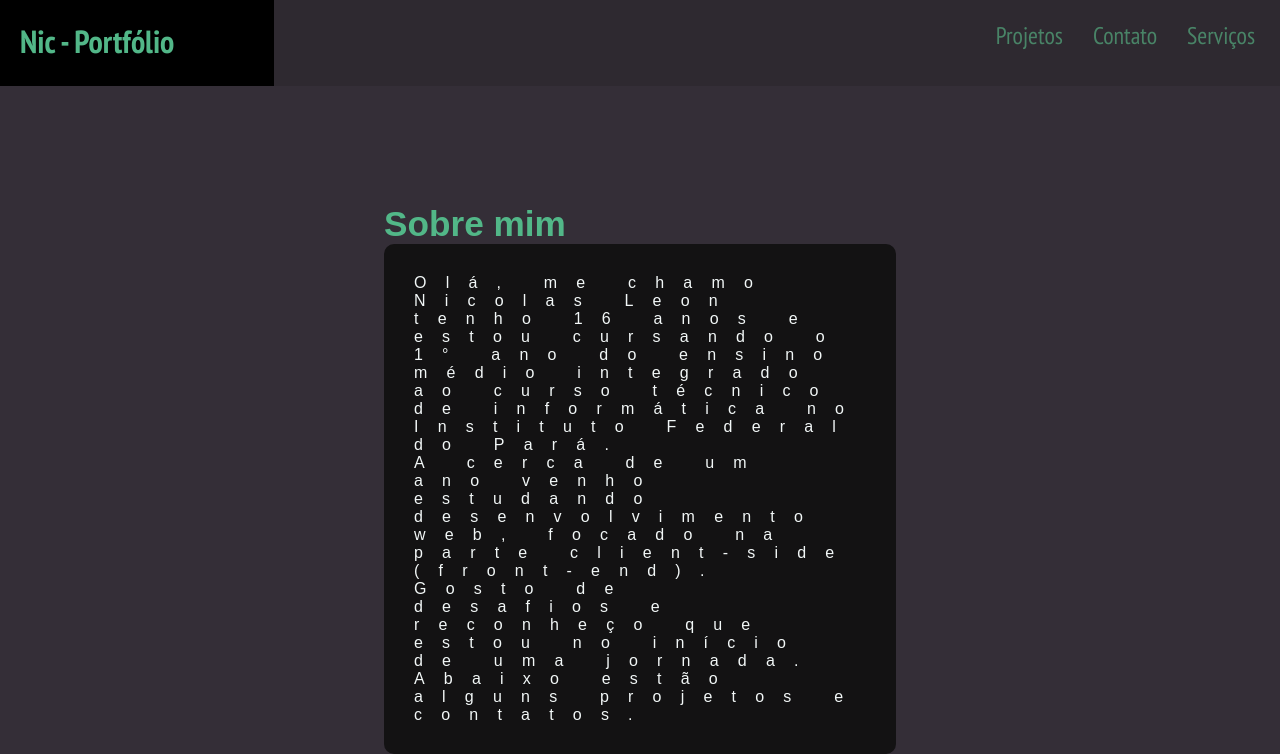
Repository: Leonngc/portfolio
Page: index.html
The author's editor kept a copy of each file at every save. The page is drawn from the files as they stood at one save, then again after the next save.
The browser window is 1280 px wide. The pictures show the whole page.

Above is the page before, as saved 2022-12-02 10:51:30.

### index.html
<!DOCTYPE html>
<html lang="en">

<head>
    <meta charset="UTF-8">
    <meta http-equiv="X-UA-Compatible" content="IE=edge">
    <meta name="viewport" content="width=device-width, initial-scale=1.0">
    <meta name="keywords" content="portfolio, web, dev, website, desenvolvedor">
    <meta name="description" content="Meu portfolio de desenvolvedor web">
    <title>Nic Portfólio</title>
    <link rel="stylesheet" href="home.css">
</head>

<body>
    <header>
        <h1>Nic - Portfólio</h1>
        <nav class="menu">
            <ul>
                <li><a href="">Projetos</a></li>
                <li><a href="">Contato</a></li>
                <li><a href="">Serviços</a></li>
            </ul>
        </nav>
    </header>
    <section>
        <span>
            <img src="" alt="">
        </span>
    </section>

    <section>
        <h2>Sobre mim</h2>
        <p>Olá, me chamo Nicolas Leon tenho 16 anos e estou cursando o 1° ano do ensino médio integrado ao curso técnico de informática no Instituto Federal do Pará. <br> A cerca de um ano venho estudando desenvolvimento web, focado na parte client-side (front-end). Gosto de desafios e reconheço que estou no início de uma jornada. Abaixo estão alguns projetos e contatos.</p>
    </section>


</body>

</html>

### home.css
@import url('https://fonts.googleapis.com/css2?family=PT+Sans+Narrow:wght@400;700&display=swap');

@import url('https://fonts.googleapis.com/css2?family=Ubuntu+Condensed&display=swap');

:root{
    --background:#342E37;
    --letters: #52B788;
    --font-texts: font-family: 'Ubuntu Condensed', sans-serif;
}
*{
    margin: 0;
    padding: 0;
}
body{
    background-color: var(--background);
    color: var(--letters);
}

header{
    display: flex;
    flex-wrap: wrap;
    justify-content: space-between;
    background-color: #2e2930;
    height: 12vh;
}

header > h1{
    font-family:'PT Sans Narrow', sans-serif;
    margin-left: 0px;
    padding: 20px;
    padding-right: 100px;
    background-color: black;
}

 ul {
    display: flex;
    flex-wrap: wrap;
}

ul > li{
    list-style: none;
    margin: 10px;
}

li > a{
    text-decoration: none;
    color: var(--letters);
    font-family: 'PT Sans Narrow', sans-serif;
    font-size: 1.5em;
    color: #498467;
    padding: 5px;
}

.menu{
    margin-top: 10px;
    margin-right: 10px;
}

li > a:hover{
    text-decoration: underline;
    color: #498480;
}

section{
    width: 40%;
    margin: 0px auto;
    margin-top: 50px;
}

section > h2{
    font-family: sans-serif;
    font-size: 2.2em;
}

section > p{
    border-radius: 10px;
    padding: 30px;
    background-color: #131213;
    color: #f2f7f7;
    font-family: Arial, Helvetica, sans-serif;
    letter-spacing: 1.2em;
}

After the next save:
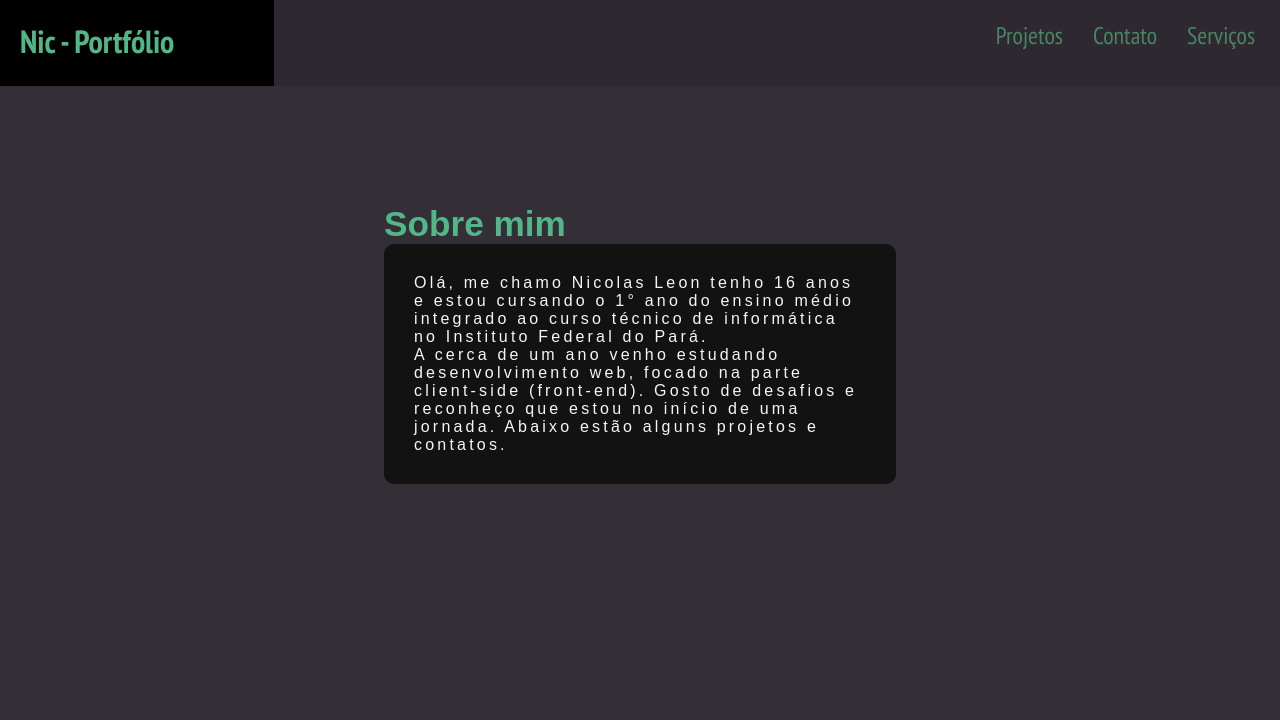
Saved 4 s later.
--- a/home.css
+++ b/home.css
@@ -78,5 +78,5 @@
     background-color: #131213;
     color: #f2f7f7;
     font-family: Arial, Helvetica, sans-serif;
-    letter-spacing: 1.2em;
+    letter-spacing: .2em;
 }
